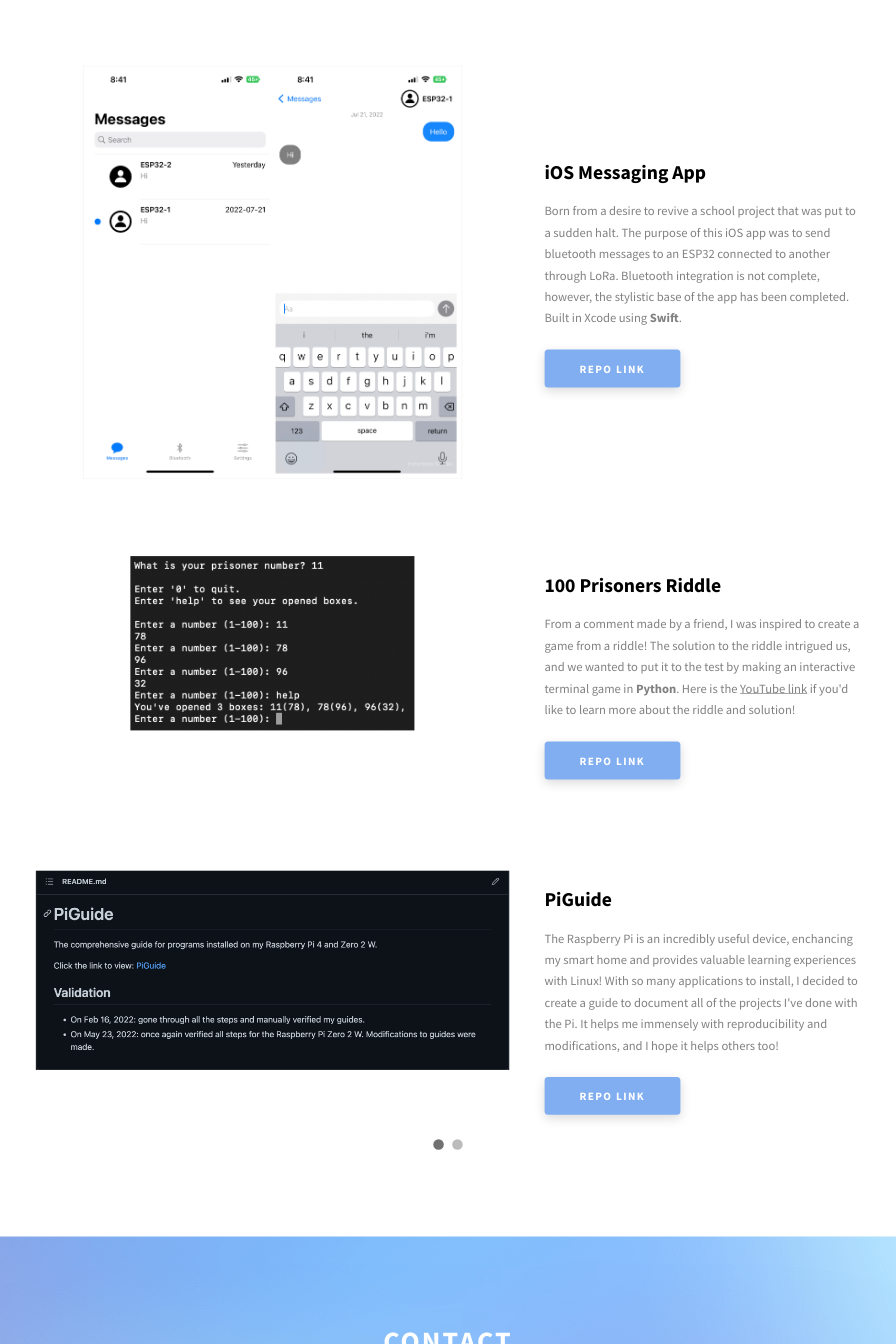
Repository: justinknguyen/Personal-Portfolio
Page: index.html
The author's editor kept a copy of each file at every save. The page is drawn from the files as they stood at one save, then again after the next save.
The browser window is 1280 px wide. The pictures show the part of the page from y = 2708 to 4628 px (the page is 6147 px tall), at 70% of full size.
The style sheet was rebuilt from its Sass, Less or Tailwind sources for each picture, by a compiler version that may differ from the author's.

Above is the page before, as saved 2022-09-09 21:20:48.

After the next save:
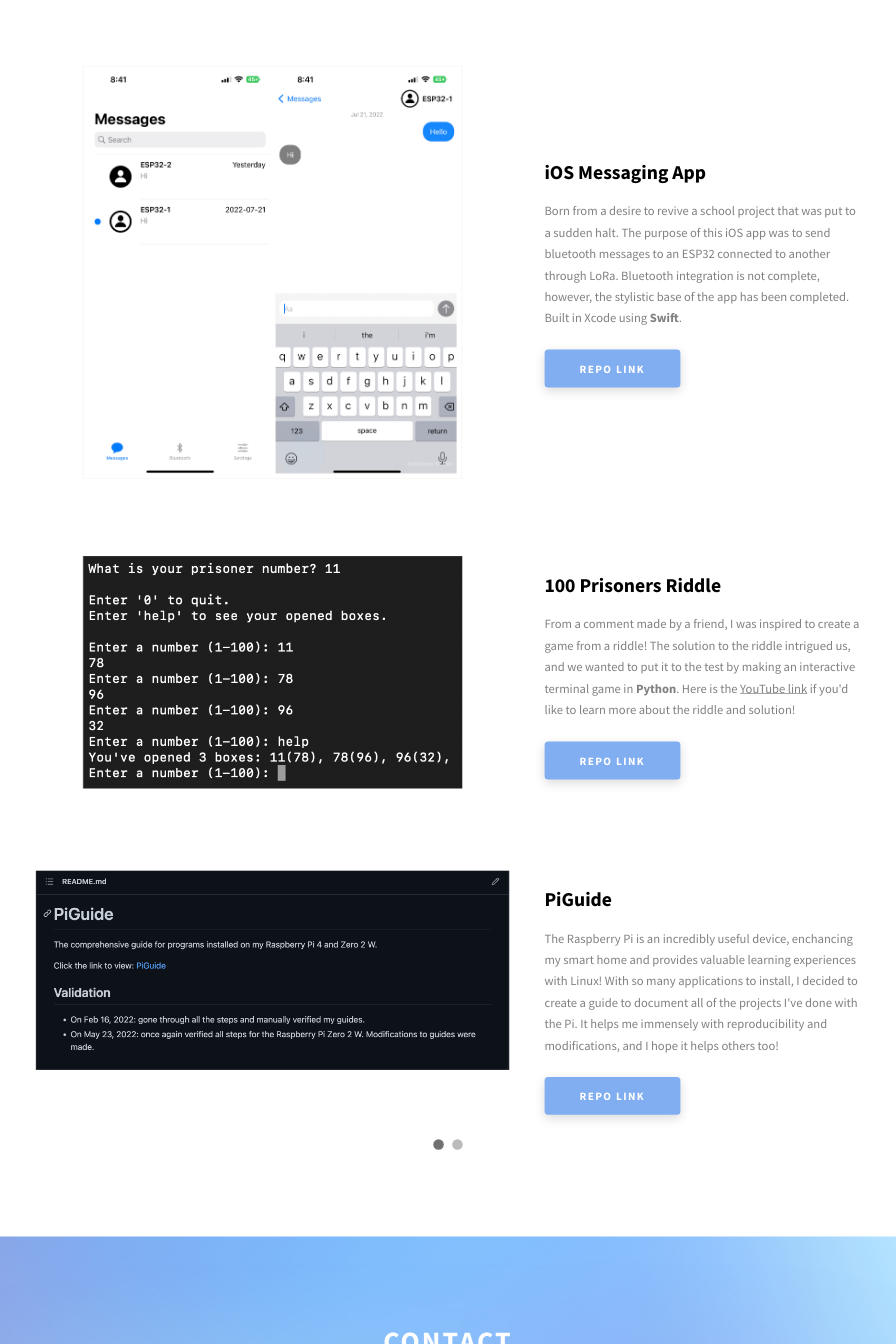
Saved 8 s later.
--- a/index.html
+++ b/index.html
@@ -289,7 +289,7 @@
                     alt="Software Screenshot"
                     class="projects__row-img"
                     loading="lazy"
-                    style="width: 60%; position: relative; left: 50%; transform: translateX(-50%);"
+                    style="width: 80%; position: relative; left: 50%; transform: translateX(-50%);"
                   />
                 </div>
                 <div class="projects__row-content">
